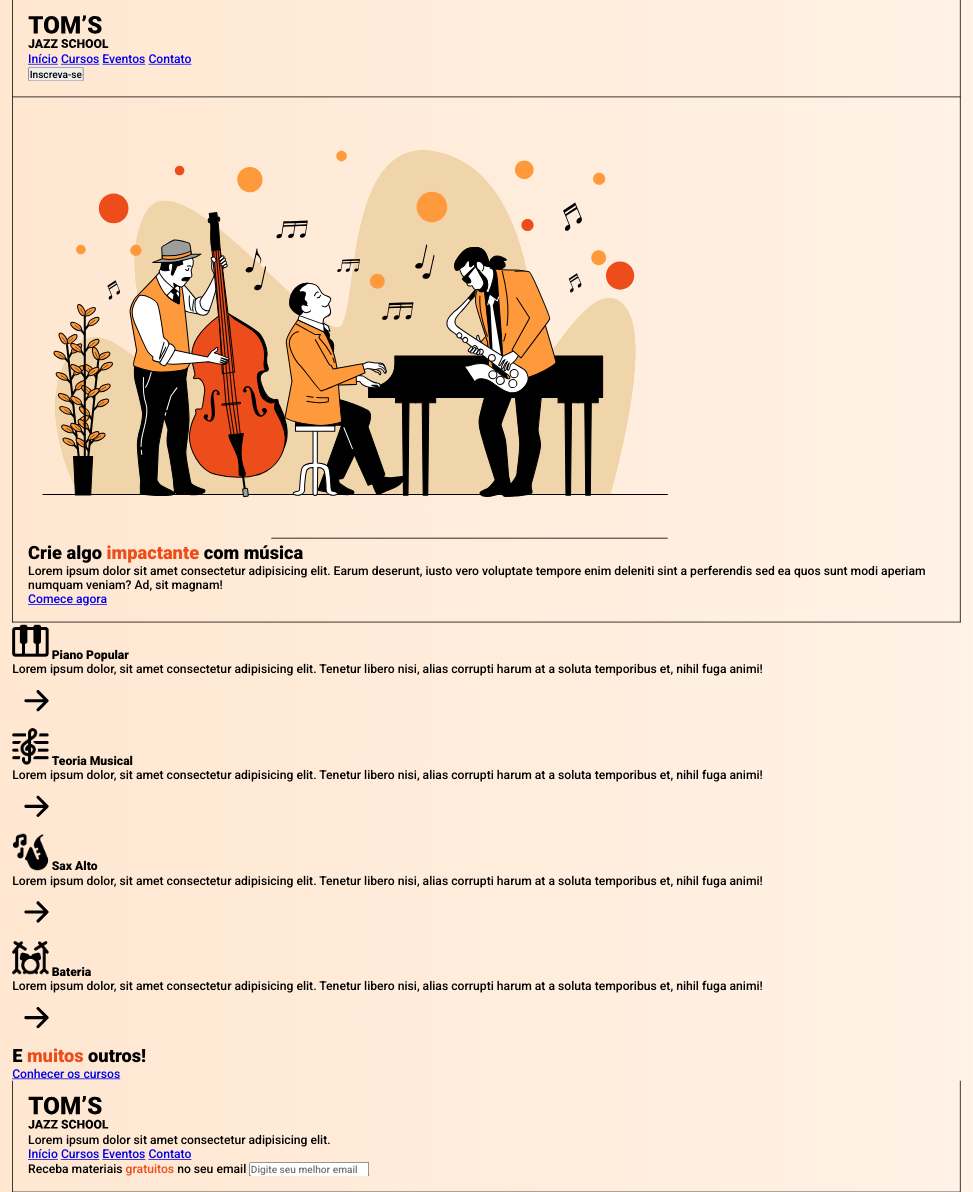
Repository: tenoriodasilva31/OBC-Music-School
Page: index.html
An editor plug-in stored every save of this project. The page is shown before and after the next save, followed by the edit.
The browser window is 1280 px wide. The pictures show the whole page, at 76% of full size.

Above is the page before, as saved 2023-07-05 17:10:21.

### index.html
<!DOCTYPE html>
<html lang="pt-BR">
<head>
    <meta charset="UTF-8">
    <meta name="viewport" content="width=device-width, initial-scale=1.0">
    <title>Tom's Jazz School</title>

    <link rel="preconnect" href="https://fonts.googleapis.com">
    <link rel="preconnect" href="https://fonts.gstatic.com" crossorigin>

    <link rel="stylesheet" href="index.css">

    <link href="https://fonts.googleapis.com/css2?family=Roboto:wght@500;900&display=swap" rel="stylesheet">
</head>
<body>
    <header>
        <img src="./img/logo.svg" alt="Tom's School">
        <nav>
            <a href="#">Início</a>
            <a href="#">Cursos</a>
            <a href="#">Eventos</a>
            <a href="#">Contato</a>
        </nav>
        <button href="#" class="button">Inscreva-se</button>
    </header>
    <main>
        <section class="hero-section">
            <img src="/img/hero-img.svg" alt="Banda de jazz se apresentando">
            <div>
                <h1>Crie algo <span class="text-primary">impactante</span> com música</h1>
                <p>Lorem ipsum dolor sit amet consectetur adipisicing elit. Earum deserunt, iusto vero voluptate tempore enim deleniti sint a perferendis sed ea quos sunt modi aperiam numquam veniam? Ad, sit magnam!</p>
                <a href="#" class="button">Comece agora</a>
            </div>
        </section>
        <section>
            <div class="cards">
            <article>

                <img src="/img/piano.png" alt="icone de teclas de piano">
                <strong>Piano Popular</strong>
                <p>Lorem ipsum dolor, sit amet consectetur adipisicing elit. Tenetur libero nisi, alias corrupti harum at a soluta temporibus et, nihil fuga animi!</p>
                <a href="#">
                    <img src="/img/arrow-right.svg" alt="Ir para página do curso">
                </a>
            </article>
            <article>
                <img src="/img/clef.png" alt="icone clave">
                <strong>Teoria Musical</strong>
                <p>Lorem ipsum dolor, sit amet consectetur adipisicing elit. Tenetur libero nisi, alias corrupti harum at a soluta temporibus et, nihil fuga animi!</p>
                <a href="#">
                    <img src="/img/arrow-right.svg" alt="Ir para página do curso">
                </a>
            </article>
            <article>
                <img src="/img/sax.png" alt="icone de teclas de piano">
                <strong>Sax Alto</strong>
                <p>Lorem ipsum dolor, sit amet consectetur adipisicing elit. Tenetur libero nisi, alias corrupti harum at a soluta temporibus et, nihil fuga animi!</p>
                <a href="#">
                    <img src="/img/arrow-right.svg" alt="Ir para página do curso">
                </a>
            </article>
            <article>
                <img src="/img/drums.png" alt="icone de teclas de piano">
                <strong>Bateria</strong>
                <p>Lorem ipsum dolor, sit amet consectetur adipisicing elit. Tenetur libero nisi, alias corrupti harum at a soluta temporibus et, nihil fuga animi!</p>
                <a href="#">
                    <img src="/img/arrow-right.svg" alt="Ir para página do curso">
                </a>
            </article>
            </div>
            <h2>E <span class="text-primary">muitos</span> outros!</h2>
            <a href="#" class="button">Conhecer os cursos</a>
        </section>
    </main>

    <footer>
        <div>
            <img src="/img/logo.svg" alt="Tom's School">
            <p>Lorem ipsum dolor sit amet consectetur adipisicing elit. </p>
        </div>
        <nav>
            <a href="#">Início</a>
            <a href="#">Cursos</a>
            <a href="#">Eventos</a>
            <a href="#">Contato</a>
        </nav>
        <form>
            <label for="email">Receba materiais <span class="text-primary">gratuitos</span> no seu email</label>
            <input type="text" name="email" id="email" placeholder="Digite seu melhor email">
        </form>
    </footer>
</body>
</html>

### index.css
* {
    box-sizing: border-box;
    font-family: 'Roboto', sans-serif;
    margin: 0;
    padding: 0;
}

:root {
    --color-primary: #ED4D1B;
    --color-secondary: #FF9a3c;
    --color-black: #000;
    --color-white: #FFF;
}

body {
    background: linear-gradient(90deg, #ffe7d1 0%, #FFF2e6 100%);
    padding: 0 1rem;
}

header,.hero-section, .courses-section, footer {
    border-color: var(--color-black);
    border-style: solid;
    border-width: 0 1px 1px 1px;
    padding: 1.25rem;
}

.mt-1 {
    margin-top: 1rem;
}

.mt-2 {
    margin-top: 2rem;
}

.mb-1 {
    margin-bottom: 1rem;
}

.mb-2 {
    margin-bottom: 2rem;
}

.mx-auto {
    margin-left: auto;
    margin-right: auto;
}

.text-primary {
    color: var(--color-primary);
}

.text-center {
    text-align: center;
}

After the next save:
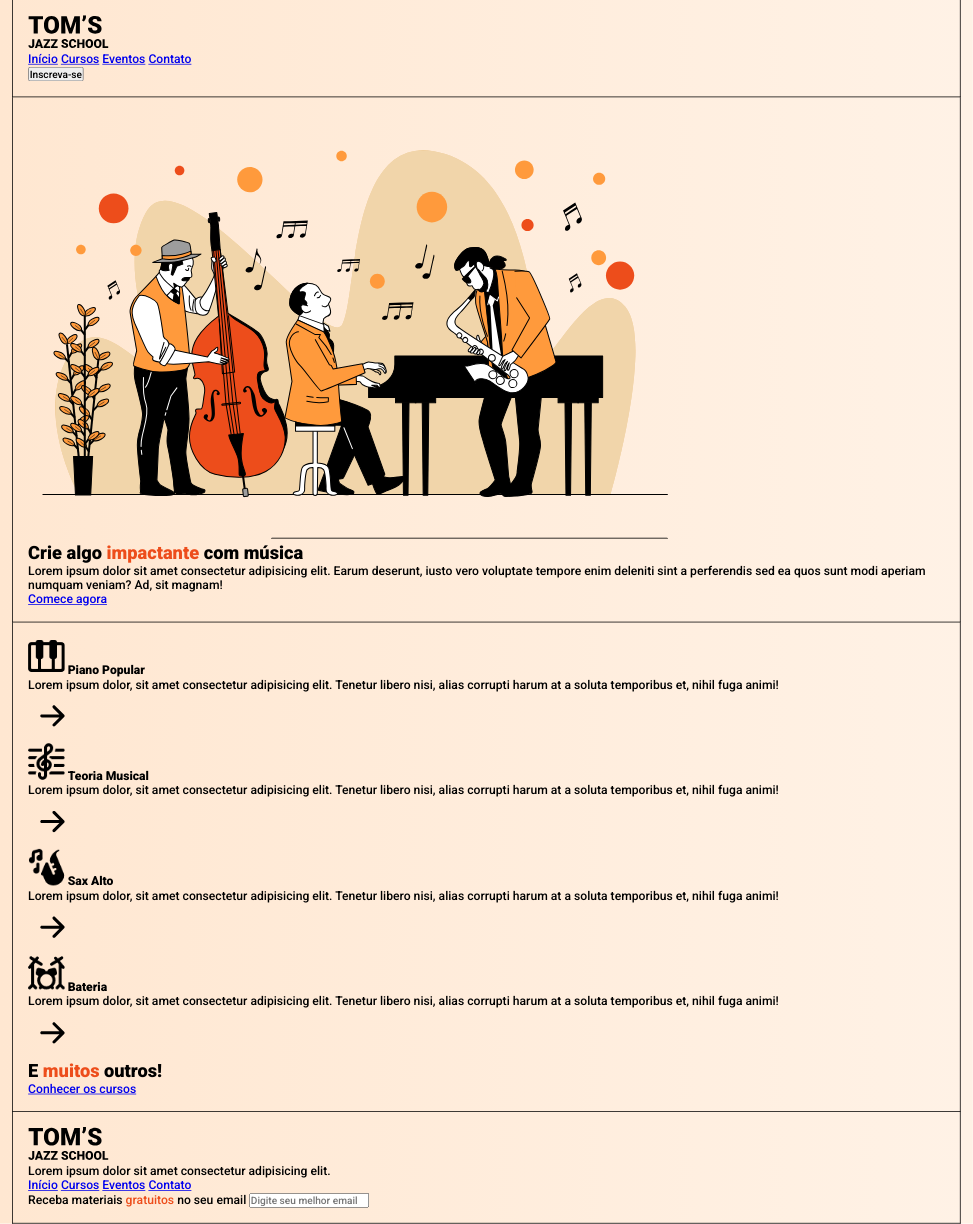
Saved 34 s later.
--- a/index.html
+++ b/index.html
@@ -32,7 +32,7 @@
                 <a href="#" class="button">Comece agora</a>
             </div>
         </section>
-        <section>
+        <section class="courses-section">
             <div class="cards">
             <article>
 
